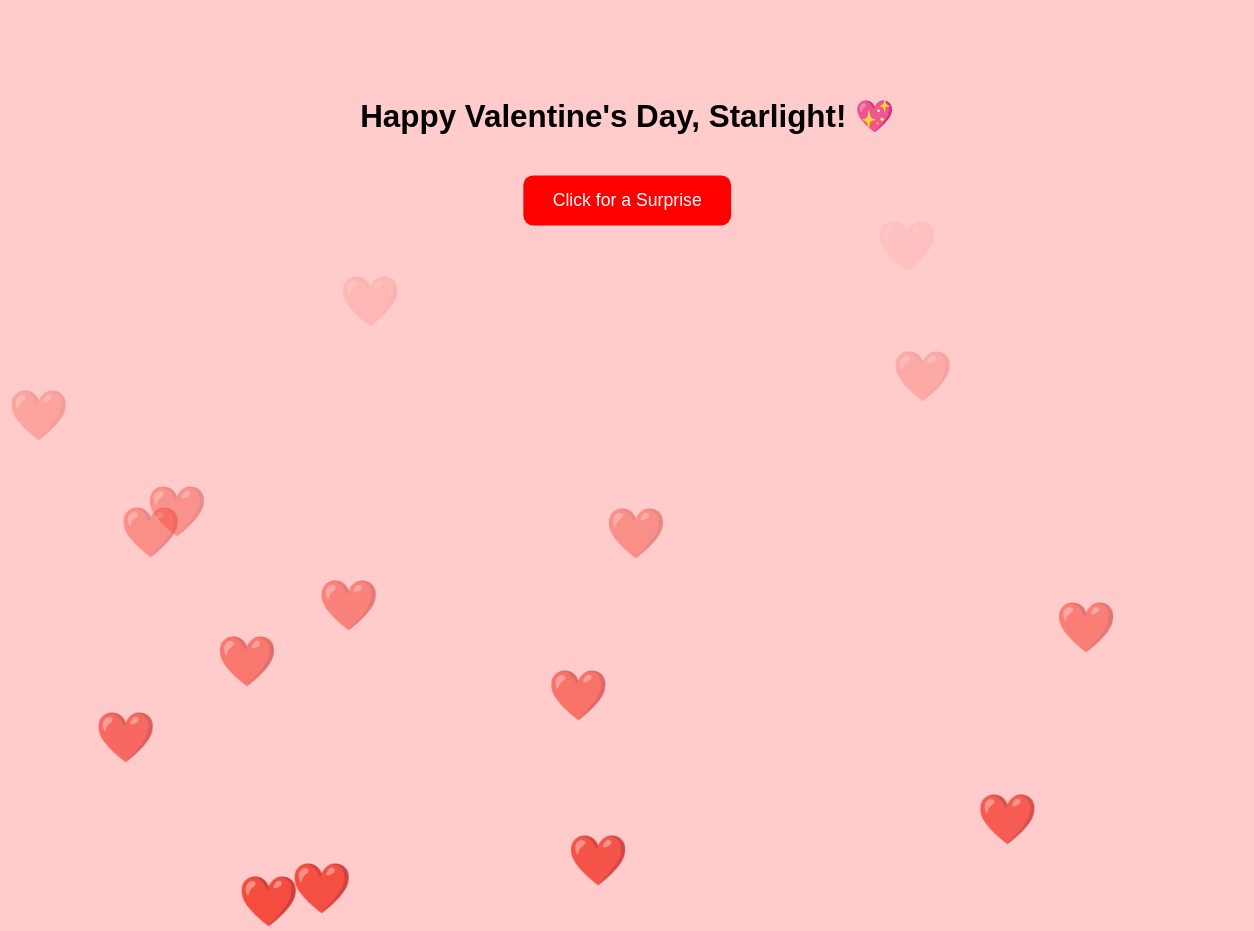
Repository: Jothankato05/Valentine
Page: Valentine/index.html
The author's editor kept a copy of each file at every save. The page is drawn from the files as they stood at one save, then again after a run of saves.
The browser window is 1280 px wide. The pictures show the whole page, at 98% of full size.

Above is the page before, as saved 2025-02-14 14:38:12.

After the next 2 saves:
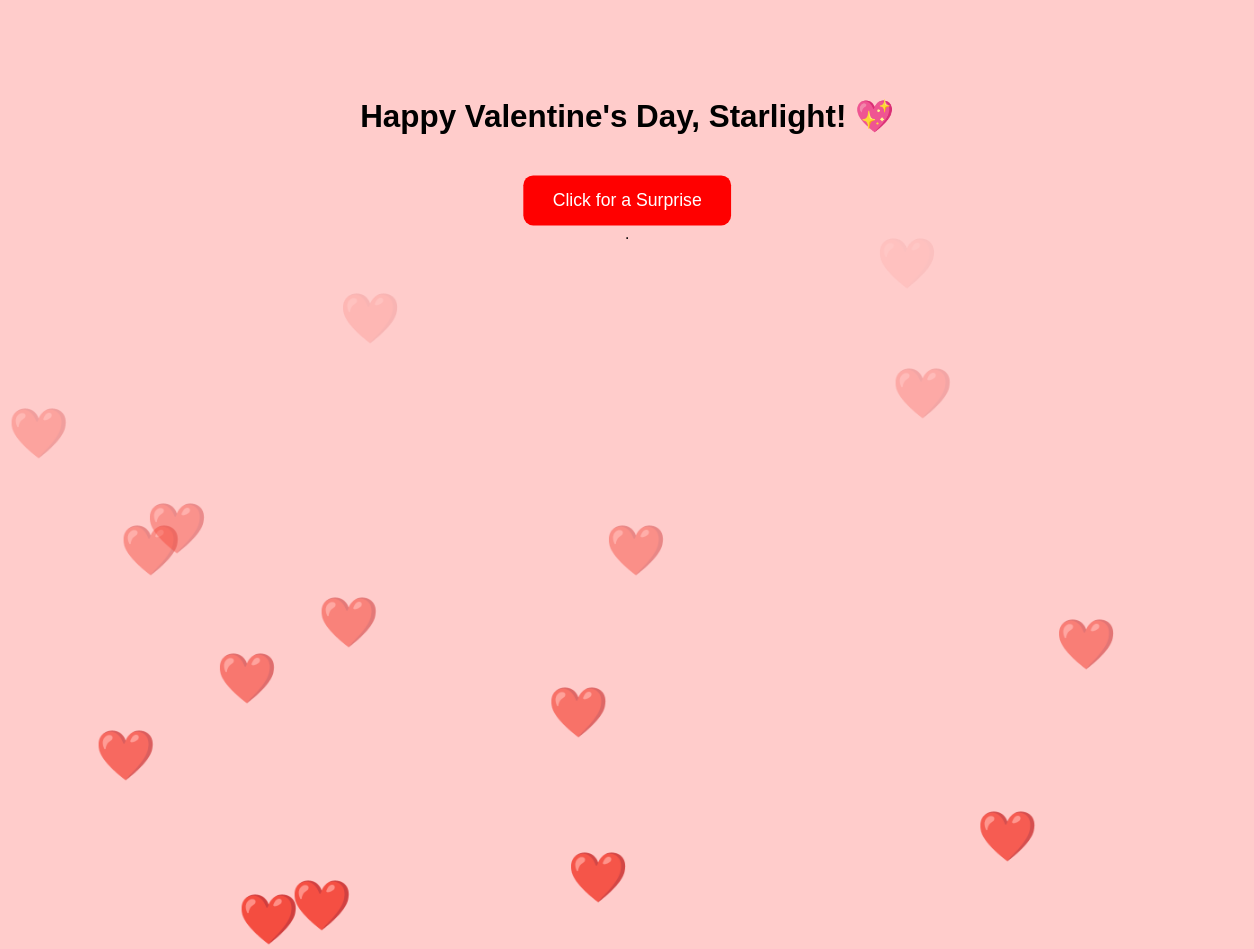
The 2 saves are shown as one change because they came seconds apart.
The last was saved 6 s later.
--- a/Valentine/index.html
+++ b/Valentine/index.html
@@ -46,7 +46,7 @@
     <div class="container">
         <h1>Happy Valentine's Day, Starlight! 💖</h1>
         <button id="surpriseBtn">Click for a Surprise</button>
-        <p id="message">You are the most amazing.  I cherish you! ❤️</p>
+        <p id="message">You are the most amazing.person I cherish you! ❤️</p>
     </div>
 
     <script>
@@ -70,4 +70,4 @@
         });
     </script>
 </body>
-</html>
+</html>.
